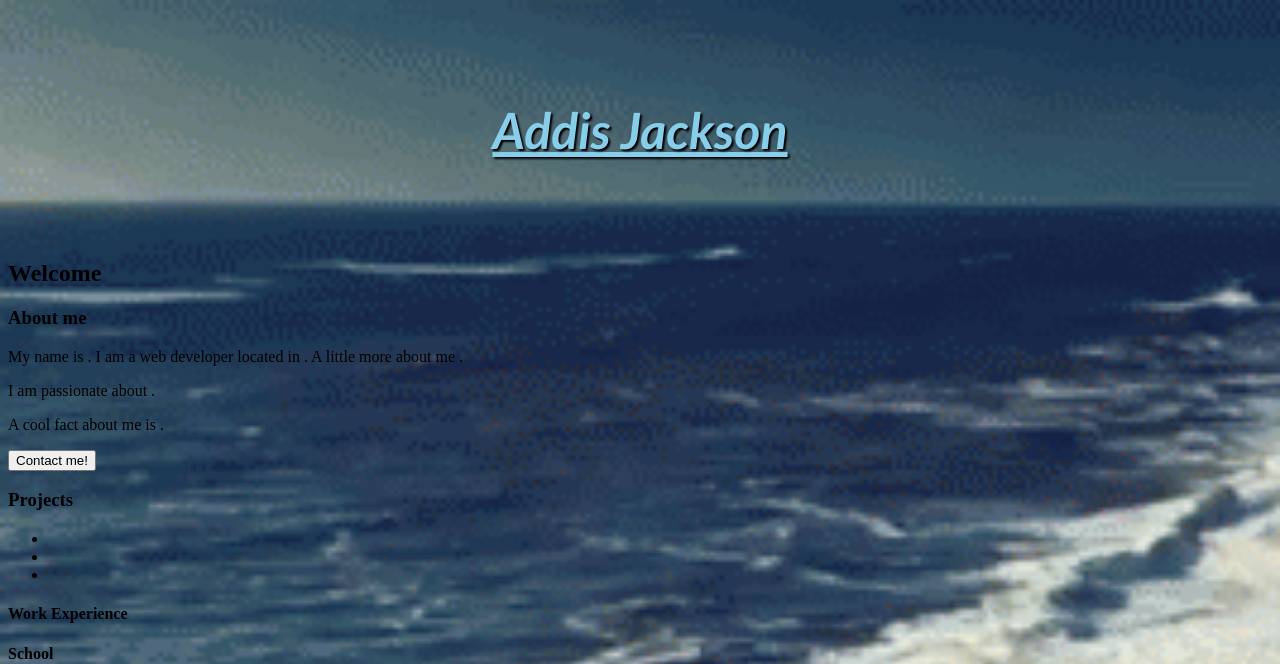
Repository: 10-2-pursuit/lab-design-assets
Page: index.html
An editor plug-in stored every save of this project. The page is shown before and after the next save, followed by the edit.
The browser window is 1280 px wide. The pictures show the part of the page from y = 0 to 664 px (the page is 1612 px tall before and 1697 px after).
A picture or video elsewhere on the page could not be fetched, so the positions and the page height are approximate.

Above is the page before, as saved 2023-07-16 03:57:48.

### index.html
<!DOCTYPE html>
<html lang="en">
  <head>
    <meta charset="UTF-8" />
    <meta http-equiv="X-UA-Compatible" content="IE=edge" />
    <meta name="viewport" content="width=device-width, initial-scale=1.0" />
    <link rel="stylesheet" href="style.css" />
    <title>MY PORTFOLIO</title>
  </head>
  <body>
    <header>
      <h1>Addis Jackson</h1>
    </header>
    <main>
      <section>
        <h2>Welcome</h2>
        <article>
          <h3>About me</h3>
          <p>
            My name is . I am a web developer located in . A little more about
            me .
          </p>
          <p>I am passionate about .</p>
          <p>A cool fact about me is .</p>
          <button>Contact me!</button>
        </article>
      </section>
      <section>
        <h3>Projects</h3>
        <article>
          <ul>
            <!-- TO DO LINK TO THE THREE LABS OR PROJECTS YOU ARE MOST PROUD OF SO FAR -->
            <li><a href=""></a></li>
            <li><a href=""></a></li>
            <li><a href=""></a></li>
          </ul>
        </article>
      </section>
    </main>
    <aside>
      <h4>Work Experience</h4>
      <!-- add whatever details you want here -->
      <h4>School</h4>
      <!-- add whatever details you want here -->
    </aside>
    <footer>
      <ul>
        <li>
          <!-- TO DO UPDATE LINKS TO GO TO YOUR PROFILES/EMAIL -->
          <a href="https://www.linkedin.com/"
            ><img src="./assets/LinkedIn-Logos/LI-Logo.png" alt=""
          /></a>
        </li>
        <li>
          <a href="https://github.com"
            ><img src="./assets/github-mark/github-mark.png" alt=""
          /></a>
        </li>
        <li>
          <a href="mailto:YOUR@EMAIL.HERE"
            ><img src="./assets/email-g8e9fd44a3_640.png" alt="Email me"
          /></a>
        </li>
      </ul>
    </footer>
  </body>
</html>

### style.css
body {
    background-image: url("./assets/waves-beach.gif");
    background-repeat: no-repeat;
    background-size: cover;
}

h1 {
    font-size: 50px;
    color: skyblue;
    text-align: center;
    margin-top: 100px;
    margin-bottom: 100px;
    text-shadow: 2px 2px 2px black;
    font-weight: bold;
    font-family: Calibri;
    font-style: italic;
    text-decoration: underline;
}

After the next save:
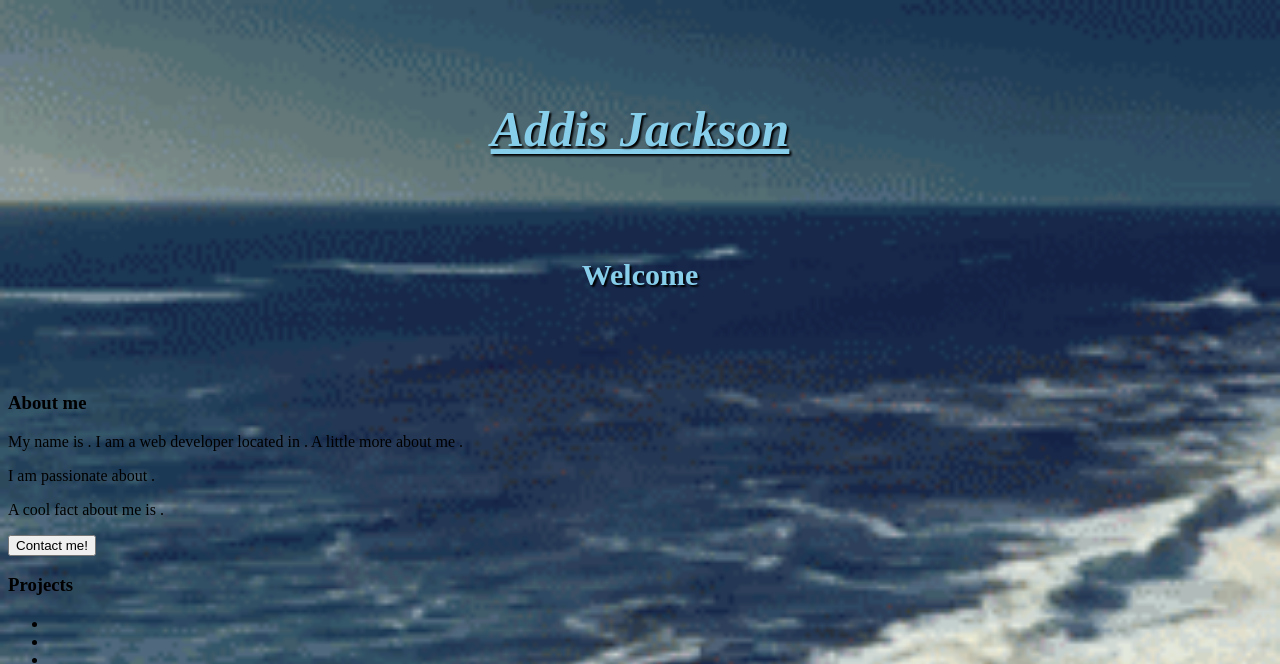
Saved 20 min 45 s later.
--- a/style.css
+++ b/style.css
@@ -12,7 +12,18 @@ h1 {
     margin-bottom: 100px;
     text-shadow: 2px 2px 2px black;
     font-weight: bold;
-    font-family: Calibri;
+    font-family: Calibri Light, Calibri,;
     font-style: italic;
     text-decoration: underline;
 }
+
+h2 {
+    font-size: 30px;
+    color: skyblue;
+    text-align: center;
+    margin-top: 100px;
+    margin-bottom: 100px;
+    text-shadow: 2px 2px 2px black;
+    font-weight: bold;
+    font-family: fantasy;
+}
